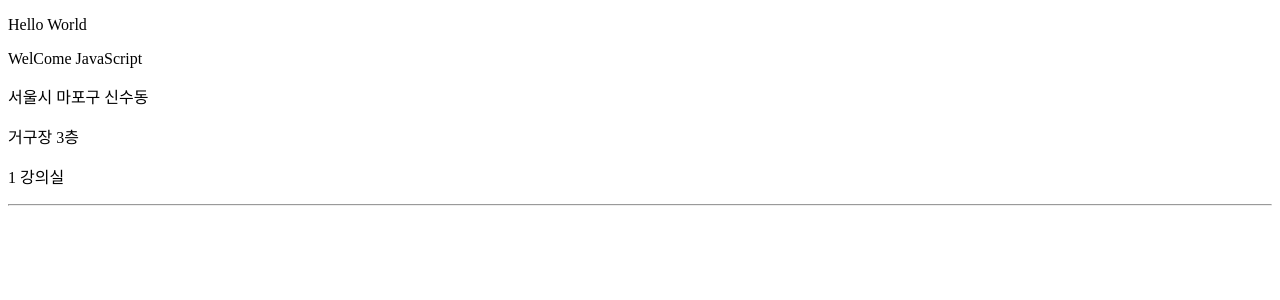
Repository: wjsjsn/23_webstudy
Page: 03_javascript/src/main/webapp/day03/Ex08_dom.html
The author's editor kept a copy of each file at every save. The page is drawn from the files as they stood at one save, then again after the next save.
The browser window is 1280 px wide. The pictures show the whole page.

Above is the page before, as saved 2023-06-29 05:52:27.

### 03_javascript/src/main/webapp/day03/Ex08_dom.html
<!DOCTYPE html>
<html>
<head>
<meta charset="UTF-8">
<title>DOM(Document Object Model)</title>
</head>
<body>
 <!--
 	DOM : 문서의 구조화된 표현을 제공하는 프로그래밍 언어가 DOM 구조에 접근할 수 있는 방법을 제공해
 	          문서의 구조, 스타일 내용 등을 변경할 수 있도록 함
 	          ** 구조화된 표현 = 계층적 구조 = 족보
 	              부모, 자식, 형제로 요소들 표현
  -->
  <p id="demo1">Hello World</p>
  <p><span>WelCome JavaScript</span></p>
  <p class="demo2">서울시 마포구 신수동</p>
  <p class="demo2">거구장 3층</p>
  <p class="demo2">1 강의실</p>
  <hr>
  <p id="res1"></p>
  <p id="res2"></p>
  <p id="res3"></p>

  <script type="text/javascript">
  	// html 요소 찾기
  	// 1. document.getElementById("id");                   // 결과가 1개
  	// 2. document.getElementsByClassName("class") // 결과가 1개 또는 여러 개
  	// 3. document.getElementsByTagName("tag")    // 결과가 1개 또는 여러 개

  	// innerText : 요소 내에 포함된 글자를 가져오거나 설정할 때 사용
  	// innerHTML : 요소 내에 포함된 HTML을 가져오거나 설정할 때 사용

  	// Hello World
  	var str = document.getElementById("demo1").innerHTML;
  	console.log('str = ' + str);
  </script>
</body>
</html>

After the next save:
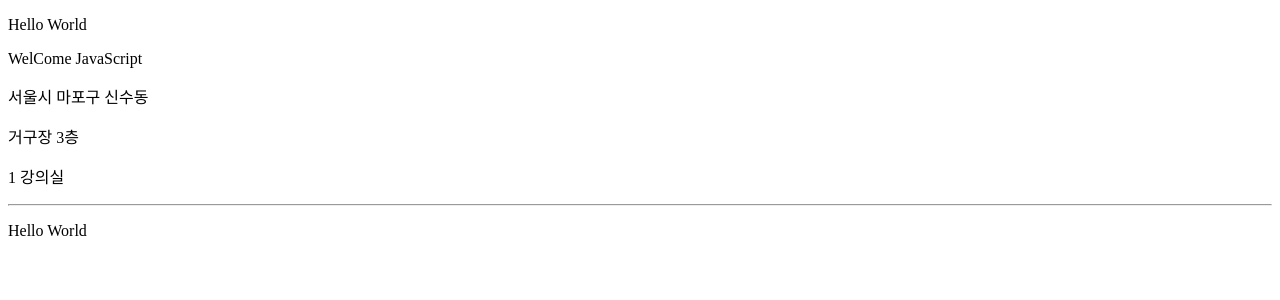
Saved 89 s later.
--- a/03_javascript/src/main/webapp/day03/Ex08_dom.html
+++ b/03_javascript/src/main/webapp/day03/Ex08_dom.html
@@ -31,8 +31,10 @@
   	// innerHTML : 요소 내에 포함된 HTML을 가져오거나 설정할 때 사용
 
   	// Hello World
-  	var str = document.getElementById("demo1").innerHTML;
+  	var str = document.getElementById("demo1").innerHTML; // getter
   	console.log('str = ' + str);
+
+  	document.getElementById("res1").innerHTML = str; // setter
   </script>
 </body>
 </html>
